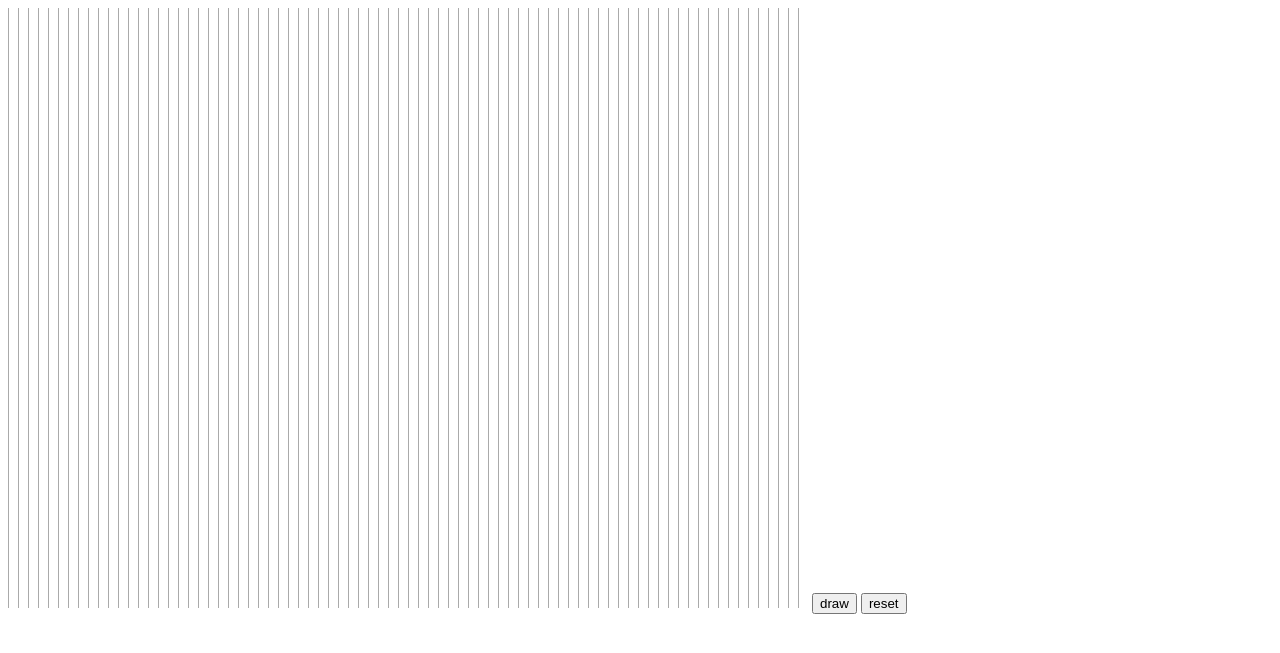
Repository: randgars/game
Page: index.html
These files come from the project's save history. The page is drawn as it stood at one moment and after the next save; the edit follows.
The browser window is 1280 px wide. The pictures show the whole page.
After loading, the first visible `button` was clicked once.

Above is the page before, as saved 2017-09-28 10:41:07.

After the next save:
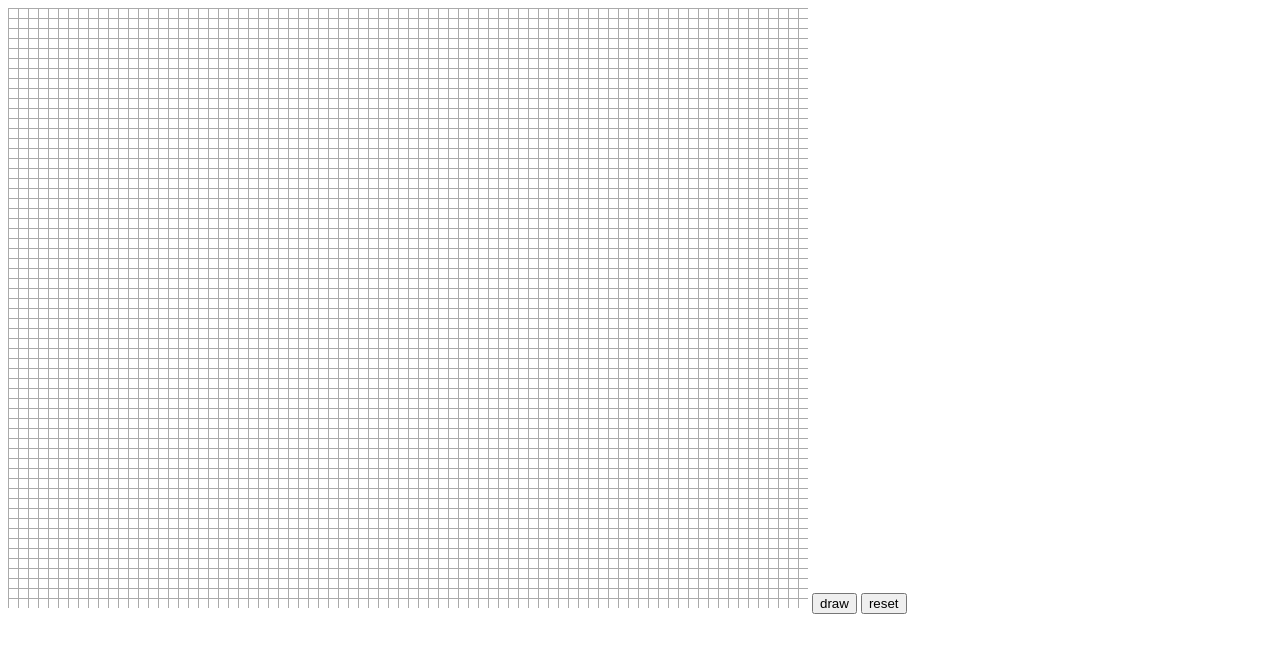
Saved 36 s later.
--- a/index.html
+++ b/index.html
@@ -19,8 +19,8 @@
                 context.lineTo(x, 600);
             }
             for (var y = 0.5; y < 600; y += 10) {
-                context.moveTo(y, 0);
-                context.lineTo(y, 800);
+                context.moveTo(0, y);
+                context.lineTo(800, y);
             }
             context.strokeStyle = "#aaa";
             context.stroke();
